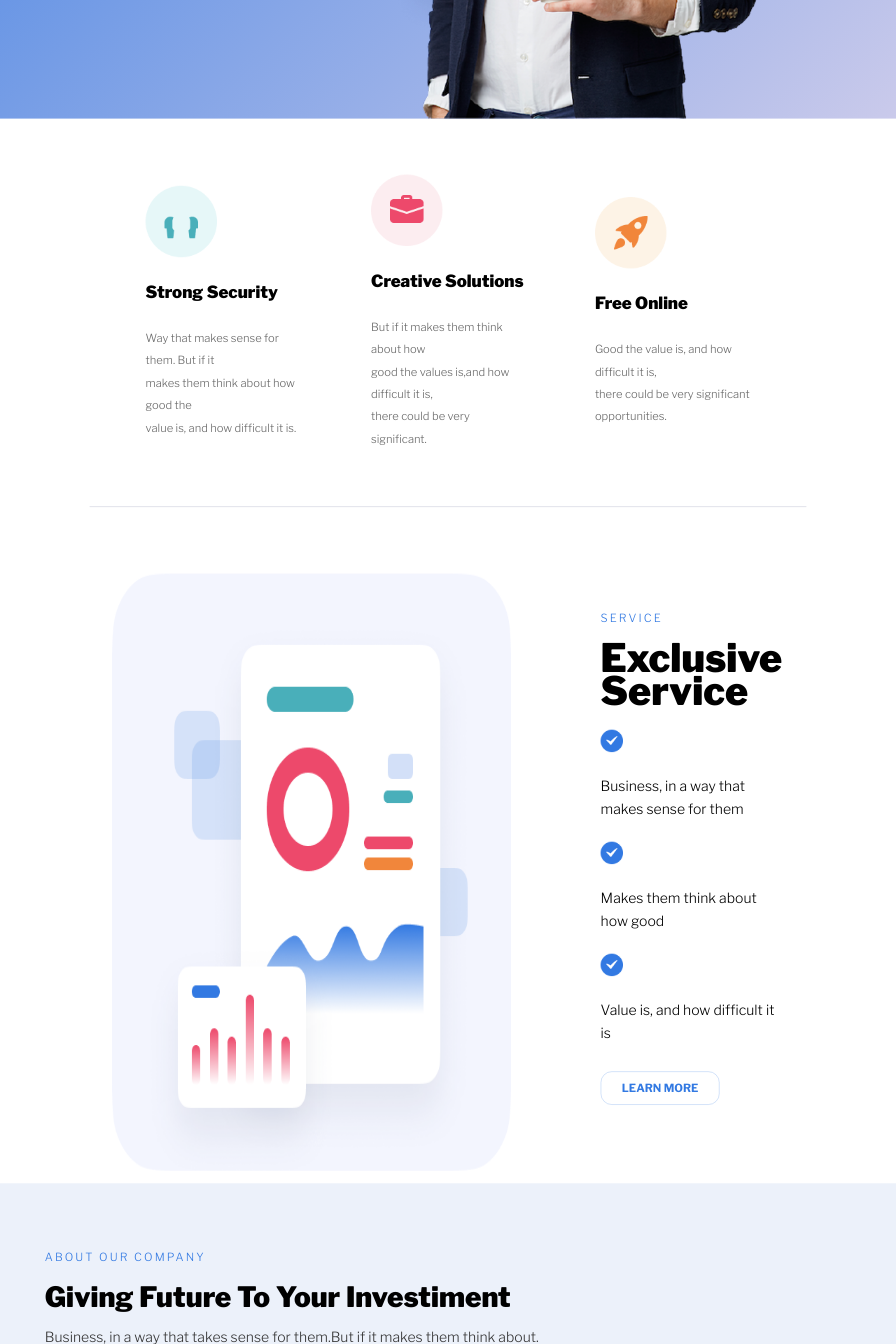
Repository: juniorAntunes910/Make-Money-Design-Avaliacao
Page: index.html
An editor plug-in stored every save of this project. The page is shown before and after the next save, followed by the edit.
The browser window is 1280 px wide. The pictures show the part of the page from y = 858 to 2778 px (the page is 8586 px tall before and 8522 px after), at 70% of full size.

Above is the page before, as saved 2026-03-13 12:09:55.

After the next save:
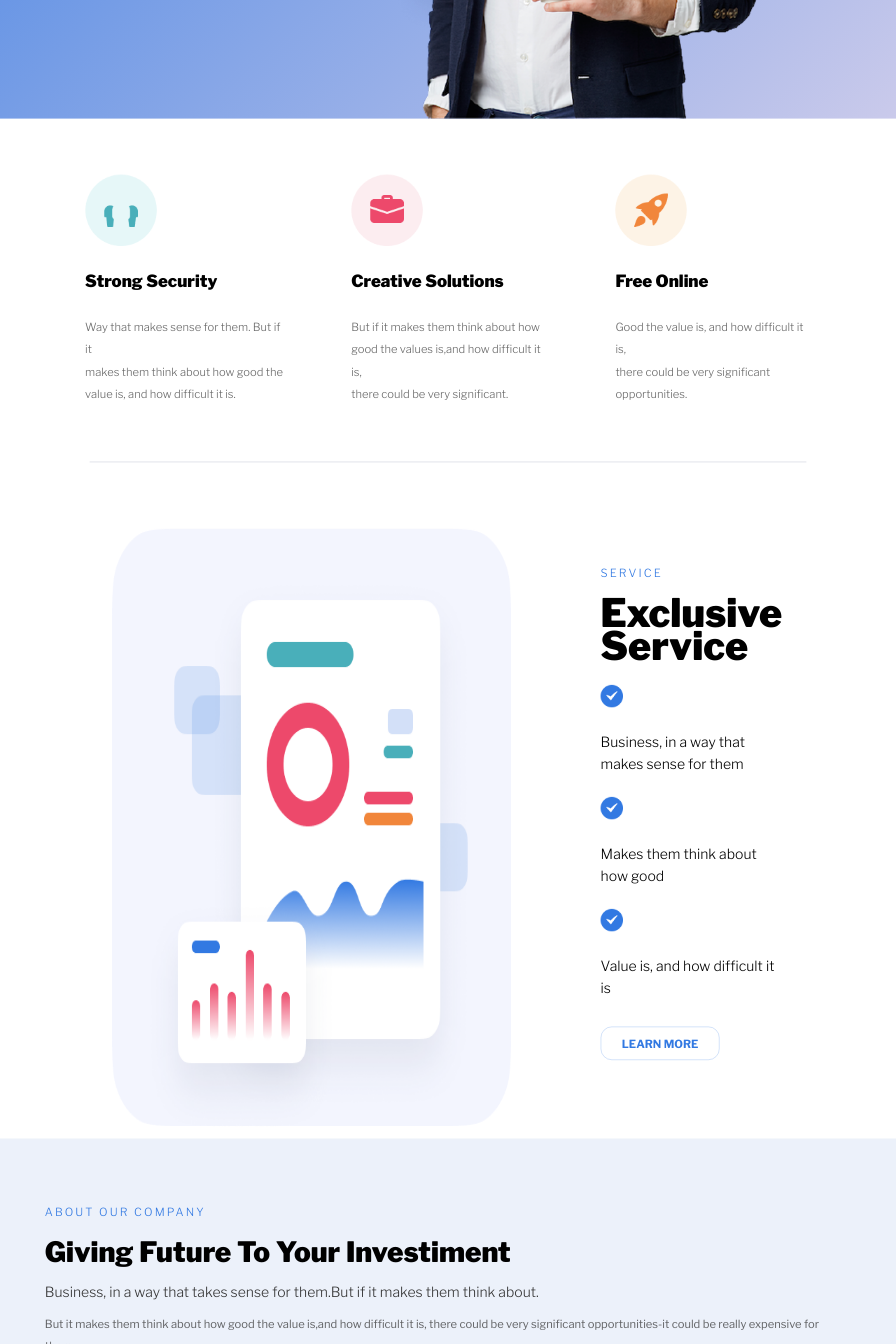
Saved 12 s later.
--- a/index.html
+++ b/index.html
@@ -78,7 +78,7 @@
 
     <section id="main-content" class="container">
 
-        <div id="main-content-cards" class="container container-desktop"><!--Estou usando como um container/box de cards-->
+        <div id="main-content-cards" class="container "><!--Estou usando como um container/box de cards-->
 
             <div class="main-content-card-box"><!--Primeiro "Card" Strong Security-->
 
